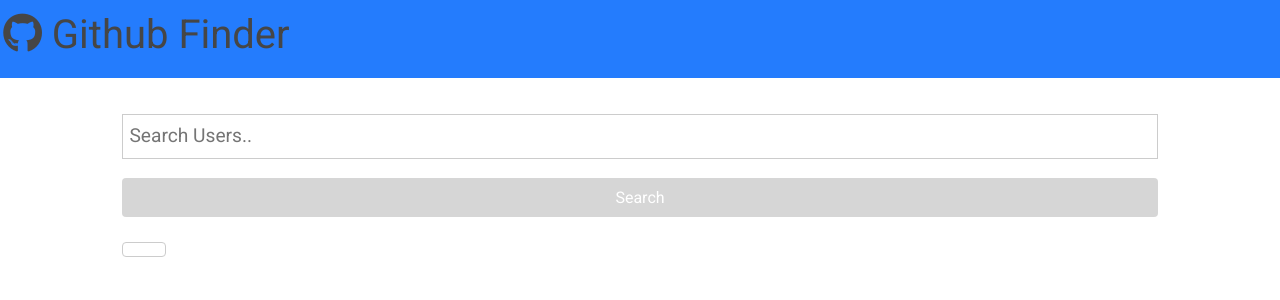
Repository: talha-mahmood/components-states-props
Page: / (app in my-app/)
An editor plug-in stored every save of this project. The page is shown before and after the next save, followed by the edit.
The browser window is 1280 px wide. The pictures show the whole page.
Some web libraries are served in a nearby version. The project was rebuilt for these pictures with package versions that can differ from the ones it lists, and the page was loaded fresh each time. Also part of the build but not shown: my-app/src/components/users/UserItem.js, my-app/src/components/layout/Spinner.js.

Above is the page before, as saved 2023-01-31 23:45:42.

### my-app/public/index.html
<!DOCTYPE html>
<html lang="en">
  <head>
    <meta charset="utf-8" />
    <link rel="icon" href="%PUBLIC_URL%/favicon.ico" />

    <link rel="stylesheet" href="https://cdn.jsdelivr.net/npm/bootstrap@5.1.3/dist/css/bootstrap.min.css" integrity="sha384-1BmE4kWBq78iYhFldvKuhfTAU6auU8tT94WrHftjDbrCEXSU1oBoqyl2QvZ6jIW3" crossorigin="anonymous">

    <link rel="stylesheet" href="https://cdnjs.cloudflare.com/ajax/libs/font-awesome/4.7.0/css/font-awesome.min.css">

    <meta name="viewport" content="width=device-width, initial-scale=1" />
    <meta name="theme-color" content="#000000" />
    <meta
      name="description"
      content="Web site created using create-react-app"
    />
    <link rel="apple-touch-icon" href="%PUBLIC_URL%/logo192.png" />
    <!--
      manifest.json provides metadata used when your web app is installed on a
      user's mobile device or desktop. See https://developers.google.com/web/fundamentals/web-app-manifest/
    -->
    <link rel="manifest" href="%PUBLIC_URL%/manifest.json" />

    <!--
      Notice the use of %PUBLIC_URL% in the tags above.
      It will be replaced with the URL of the `public` folder during the build.
      Only files inside the `public` folder can be referenced from the HTML.

      Unlike "/favicon.ico" or "favicon.ico", "%PUBLIC_URL%/favicon.ico" will
      work correctly both with client-side routing and a non-root public URL.
      Learn how to configure a non-root public URL by running `npm run build`.
    -->
    <title>React App</title>
  </head>
  <body>
    <noscript>You need to enable JavaScript to run this app.</noscript>
    <div id="root"></div>
    <!--
      This HTML file is a template.
      If you open it directly in the browser, you will see an empty page.

      You can add webfonts, meta tags, or analytics to this file.
      The build step will place the bundled scripts into the <body> tag.

      To begin the development, run `npm start` or `yarn start`.
      To create a production bundle, use `npm run build` or `yarn build`.
    -->

    <script src="https://cdn.jsdelivr.net/npm/bootstrap@5.1.3/dist/js/bootstrap.bundle.min.js" integrity="sha384-ka7Sk0Gln4gmtz2MlQnikT1wXgYsOg+OMhuP+IlRH9sENBO0LRn5q+8nbTov4+1p" crossorigin="anonymous"></script>

    <script src="https://kit.fontawesome.com/435a672ee3.js" crossorigin="anonymous"></script>
  </body>
</html>

### my-app/src/App.js
import React,{Component} from 'react';
import "./App.css";
import Navbar from './components/layout/Navbar';
// import UserItem from './components/users/UserItem';
import Search from './components/users/Search';
import PropTypes from 'prop-types';
import axios from 'axios'
import Users from './components/users/Users';

class App extends Component{
  state={
    users:[],
    loading:false
  }
  static propTypes={
    searchUsers:PropTypes.func.isRequired,
  }
  // // async componentDidMount(){
  // //   console.log(process.env.REACT_APP_GITHUB_CLIENT_SECRET);
  // //   // axios.get('https://api.github.com/users').then(res=>console.log(res.data));
  // //   this.setState({loading:true})
  // //   const res= await axios.get(`https://api.github.com/users?client_id=${process.env.REACT_APP_GITHUB_CLIENT_ID}&client_secret=${process.env.REACT_APP_GITHUB_CLIENT_SECRET} `);
  // //   console.log(res.data);
  // //   this.setState({users:res.data,loading:false})

  // }
  static defaultProps={
    title:"Github Finder",
    icon:'fab fa-github'
  }

//Search Github Users
  searchUsers= async (text) =>{
    const res= await axios.get(`https://api.github.com/search/users?q=${text}&client_id=${process.env.REACT_APP_GITHUB_CLIENT_ID}&client_secret=${process.env.REACT_APP_GITHUB_CLIENT_SECRET} `);
    console.log(res.data);
    this.setState({users:res.data.items,loading:false});


  }
  render(){
  return (

    <div className="App">
       <Navbar title="Github Finder" icon='fab fa-github'/>

       <div className='container'>
        <Search searchUsers={this.searchUsers}/>
       <Users loading={this.state.loading} users={this.state.users}/>
       </div>

    </div>
  );
}
}
export default App;

### my-app/src/components/layout/Navbar.js
import React from 'react'
import PropTypes from 'prop-types';

const Navbar= ({icon, title})=> {

    return (
      <nav className='navbar bg-primary'>
        <h1>
          < i className={icon}/> {title}

          </h1>

      </nav>
    );

}

Navbar.defaultProps={
  title:"Github Finder",
  icon:'fab fa-github'
}
Navbar.propTypes={
  title: PropTypes.string.isRequired,
  icon: PropTypes.string.isRequired
}
export default Navbar

### my-app/src/components/users/Search.js
import React, { Component } from 'react'

export class Search extends Component {
    state={
        text:''
    }

    onChange = e =>{
        this.setState({[e.target.name]: e.target.value});
    }

    onSubmit=(e)=>{
      e.preventDefault();
      this.props.searchUsers(this.state.text);
      this.setState({text:''})

    }
  render() {
    return (
      <div>
        <form  onSubmit={this.onSubmit}className='form'>
            <input type="text" name="text" placeholder='Search Users..' value={this.state.text} onChange={this.onChange}/>
            <input type="submit" className="btn btn-dark btn-block" value="Search"/>

        </form>
<button className='btn btn-light '></button>
      </div>
    )
  }
}

export default Search

### my-app/src/components/users/Users.js
import React from 'react'
import UserItem from './UserItem'
import Spinner from '../layout/Spinner'
import PropTypes from 'prop-types'


const Users= ({users,loading})=> {

  if(loading){
    return<Spinner/>
  }
  else
  {
    return(
        <div style={userStyle}>{users.map(user=>(
        <UserItem key={user.id} user={user} />
      ))}</div>
    )
  }
    // state={
    //     users:[
    //         {
    //             login:  "mojombo",
    //             id: 1,
    //             avatar_url: "https://avatars.githubusercontent.com/u/1?v=4",
    //             html_url: "https://github.com/mojombo"
    //         },
    //         {
    //             login:  "defunkt",
    //             id: 2,
    //             avatar_url: "https://avatars.githubusercontent.com/u/2?v=4",
    //             html_url: "https://github.com/defunkt"
    //         },
    //         {
    //             login: "pjhyett",
    //             id: 3,
    //             avatar_url: "https://avatars.githubusercontent.com/u/3?v=4",
    //             html_url: "https://github.com/pjhyett"
    //         }

    //     ]
    // }



}

Users.propTypes={
  users:PropTypes.array.isRequired,
  loading:PropTypes.bool.isRequired
}
const userStyle={
    display:'grid',
    gridTemplateColumns:'repeat(3,1fr)',
    gridGap:'1rem'

}

export default Users

Loaded but not shown: my-app/src/index.js (common file); my-app/src/App.css (common file)

After the next save:
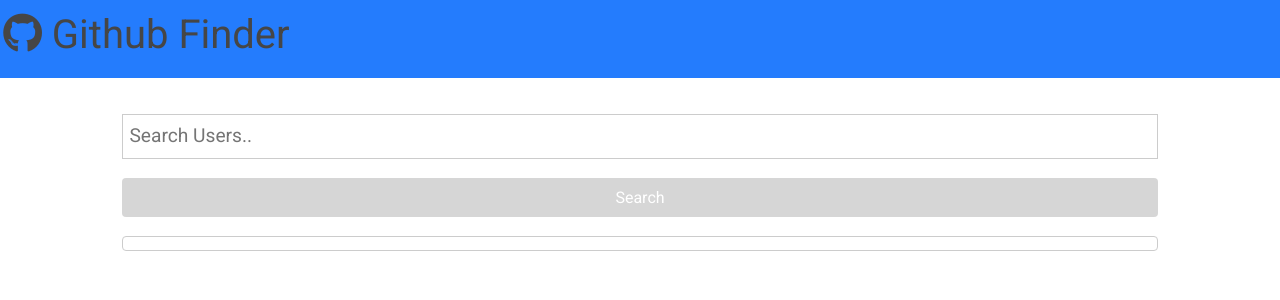
Saved 4 s later.
--- a/my-app/src/components/users/Search.js
+++ b/my-app/src/components/users/Search.js
@@ -23,7 +23,7 @@ export class Search extends Component {
             <input type="submit" className="btn btn-dark btn-block" value="Search"/>
 
         </form>
-<button className='btn btn-light '></button>
+<button className='btn btn-light btn-block'></button>
       </div>
     )
   }
